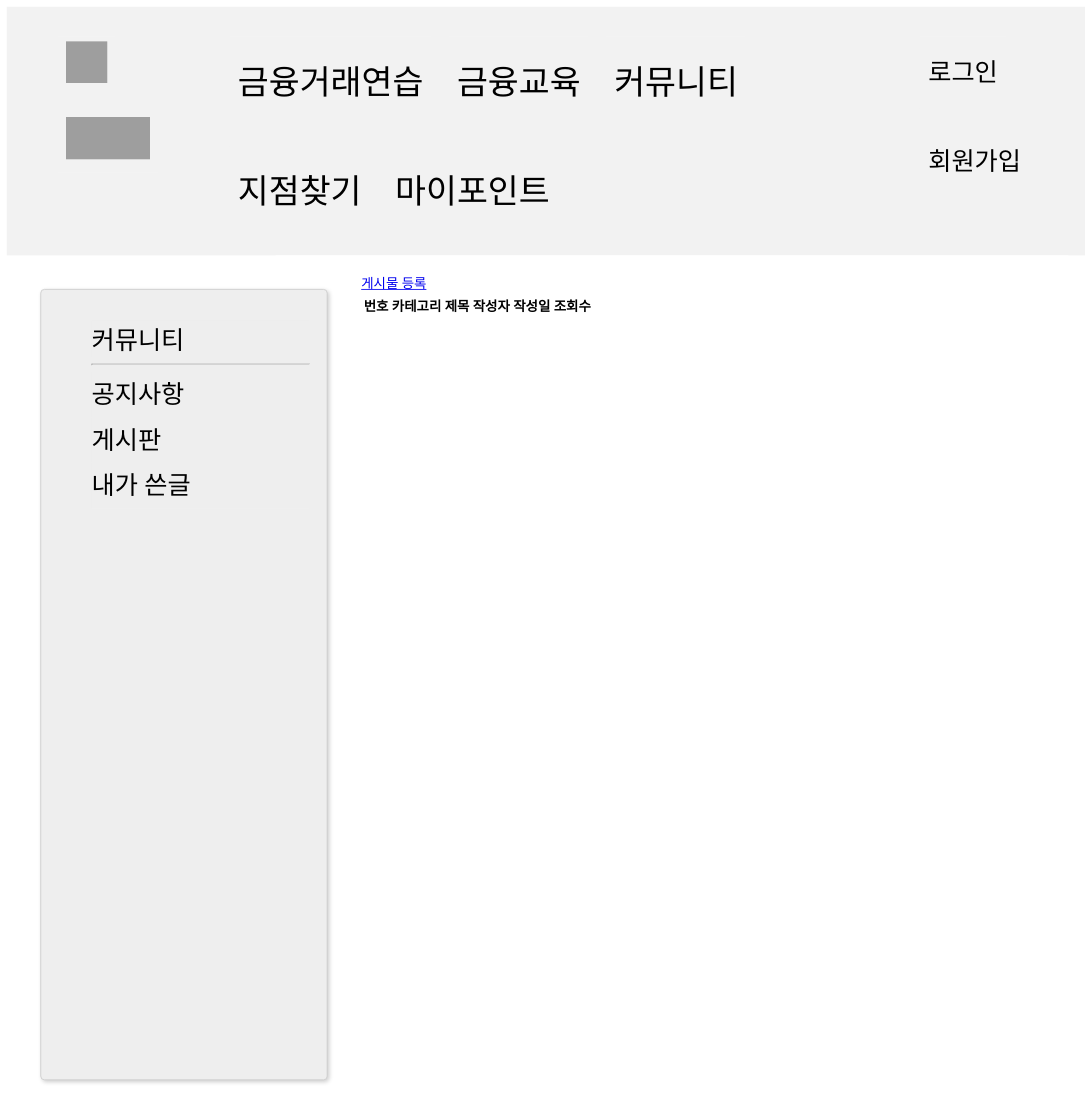
Repository: syc98syc/KB04_TeamProject
Page: http://localhost/jgig/WEB-INF/jsp/board/list.jsp
The author's editor kept a copy of each file at every save. The page is drawn from the files as they stood at one save, then again after the next save.
The browser window is 1280 px wide. The page is 1292 px wide, so the pictures cover 1292 px, including what lies to the right of the window. The pictures show the whole page, at 84% of full size.
Pictures or frames that could not be fetched are drawn as grey boxes. Some web fonts or font styles are not loaded; a fallback is used. The page is served by Tomcat 9. Nobody is signed in. The template is opened directly, without the code that normally fills it, so the values that code supplies are empty.

Above is the page before, as saved 2023-09-06 05:00:38.

After the next save:
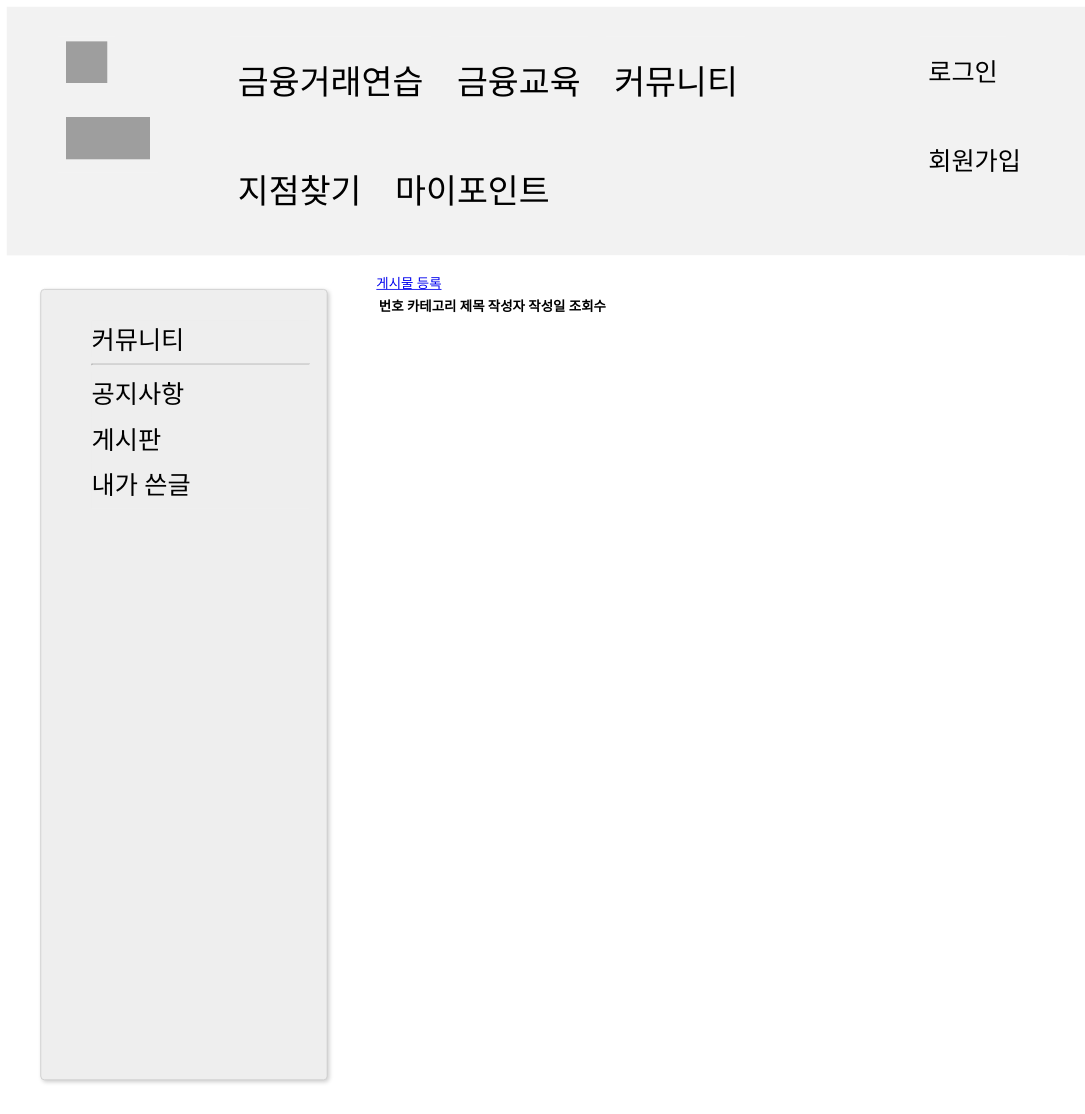
Saved 17 s later.
--- a/jgig/src/main/webapp/WEB-INF/jsp/board/list.jsp
+++ b/jgig/src/main/webapp/WEB-INF/jsp/board/list.jsp
@@ -8,7 +8,7 @@
 <title>웹게시물 목록</title>
 <style>
 #content {
- 	margin-left: 320px; /* 사이드바 너비 + 여백만큼 오른쪽으로 밀어줍니다. */
+ 	margin-left: 420px; /* 사이드바 너비 + 여백만큼 오른쪽으로 밀어줍니다. */
     flex-grow: 1; /* 남은 공간을 모두 차지하도록 설정 */
     background-color: #fff; /* 배경색 설정 */
     padding: 20px; /* 내부 여백 설정 */
